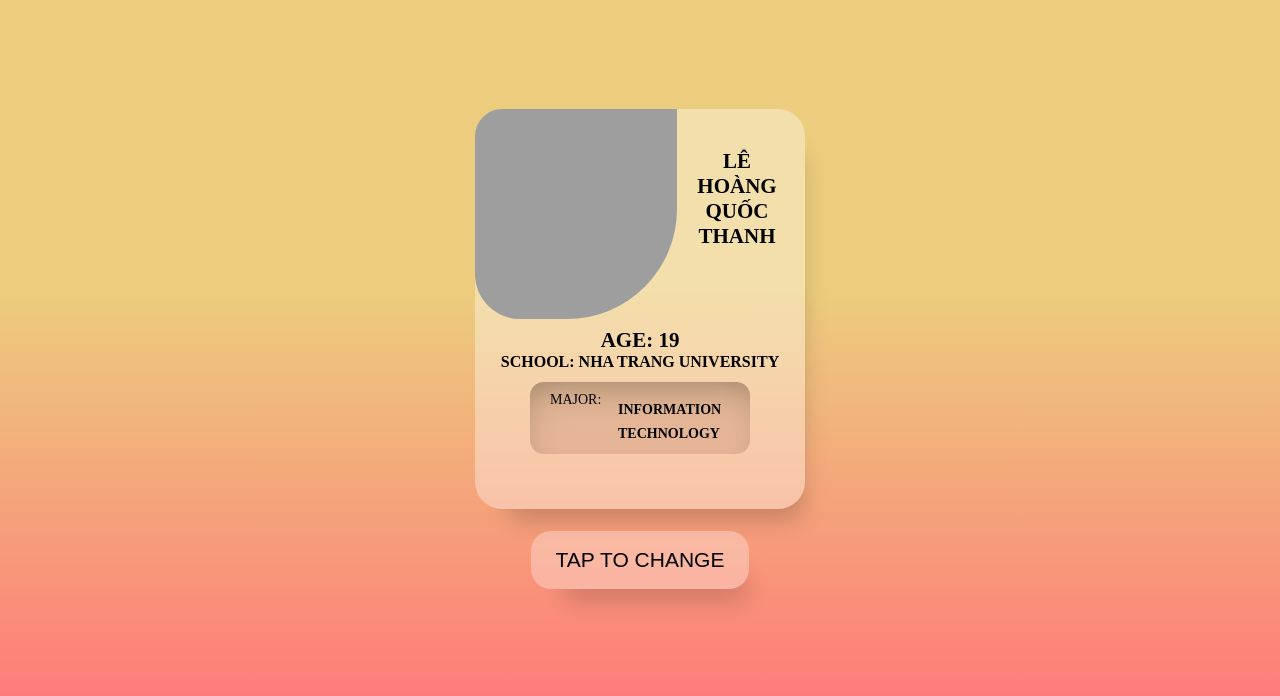
Repository: ThanhThn/profile
Page: index.html
These files come from the project's save history. The page is drawn as it stood at one moment and after the next save; the edit follows.
The browser window is 1280 px wide. The pictures show the whole page.
After loading, the first visible `#btn` was clicked once.
Pictures or frames that could not be fetched are drawn as grey boxes. Some web fonts or font styles are not loaded; a fallback is used.

Above is the page before, as saved 2022-12-05 21:27:59.
Console error: ReferenceError: NULL is not defined

### index.html
<!DOCTYPE html>
<html lang="en">
<head>
    <meta charset="UTF-8">
    <meta http-equiv="X-UA-Compatible" content="IE=edge">
    <meta name="viewport" content="width=device-width, initial-scale=1.0">
    <title>Document</title>
    <link rel="stylesheet" href="style.css">
</head>
<body>
    <div class="container">
        <div class="content">
            <img src="avata.jpg" alt="avatar">
            <span class="name">LÊ hoàng quốc thanh</span>
            <span class="age" ></span>
            <span id="school">school: nha trang university</span>
            <div class="major">
                <span id = "major">Major:</span>
                <span id = "major--name">information technology</span>
            </div>
        </div>
        <button id="btn">tap to change</button>
    </div>

    <script>
        var ages = new Date().getFullYear() - 2003;
        var text = document.getElementsByClassName("age");
        for(let i = 0; i < text.length; i++){
            text[i].innerHTML = `age: ${ages}`;
        }
    </script>

    <script>
        const btn = document.getElementById("btn");
        const main = document.getElementsByClassName("content");
        btn.addEventListener("click", () => {
            for(let i = 0; i < main.length; i++){
                if(main[i].style.animation != NULL)
                main[i].style.animation = "rotate  4s linear  infinite";
                else{
                    main[i].style.animation = "null";
                }
            }
        })
    </script>
</body>
</html>

### style.css
@import url('https://fonts.googleapis.com/css2?family=Kodchasan:wght@700&family=Lemonada:wght@300;600;700&family=Pacifico&display=swap');
*{
    padding: 0;
    margin: 0;
    box-sizing: border-box;
}

body{
    background:  linear-gradient( to bottom, rgba(223, 172,39,60%) 40%, rgba(255,22,22,58%) 100% );
    width: 100%;
    height: 100vh;
}
.container{
    position: absolute;
    top: 50%;
    left: 50%;
    transform: translate(-50%, -50%);
    display: flex;
    flex-direction: column;
    align-items: center;
}

.content{
    width: 330px;
    height: 400px;
    background: rgba(255, 255, 255, 35%);
    border-radius: 27px;
    box-shadow: rgba(0, 0, 0, .2) 15px 28px 25px -18px;
    /*animation: rotate  4s linear  infinite;*/
}

.content img{
    width: 202px;
    height: 210px;
    border-radius: 27px 0 110px 45px;
    object-fit: cover;
    object-position: -32px 0;
}
span{
    width: 104px;
    font-size: 21px;
    text-transform: uppercase;
    font-weight: 700;
    font-family: 'Lemonada', cursive;
}
.content .name{
    position: absolute;
    text-align: center;
    top: 40px;
    left: 210px;
}

.content .age{
    display: block;
    position: relative;
    width: 100%;
    top: 5px;
    text-align: center;
}
#school{
    font-size: 16px;
    font-weight: 600;
    display: block;
    width: 100%;
    text-align: center;
    position: relative;
    top:5px;
}

.major{
    width: 220px;
    height: 72px;
    background-color: rgba(126, 48, 40, .15);
    border-radius: 14px;
    box-shadow: 3px 20px 39px -19px rgba(0,0,0,0.35) inset;
    -webkit-box-shadow: 3px 20px 39px -19px rgba(0,0,0,0.35) inset;
    -moz-box-shadow: 3px 20px 39px -19px rgba(0,0,0,0.35) inset;
    margin: 16px auto 0 auto;
    padding: 8px 0 0 20px ;
    position: relative;
}

.major #major{
    font-weight: 300;
    font-size: 14px;
}

.major #major--name{
    display: block;
    position: absolute;
    top: 22%;
    left: 40%;
    font-weight: 600;
    font-size: 14px;
    line-height: 24px;
}
#btn{
    background: rgba(255, 255, 255, .3);
    width: 218px;
    height: 58px;
    border-radius: 20px;
    border: none;
    margin: 22px;
    font-family: 'Kodchasan', sans-serif;
    font-size: 21px;
    text-transform: uppercase;
    box-shadow: rgba(0, 0, 0, .2) 15px 28px 25px -18px;
    background-position: 0 90%;
    background-repeat: repeat no-repeat;

}

#btn:hover {
    box-shadow: rgba(0, 0, 0, .3) 2px 8px 8px -5px;
    transform: translate3d(0, 2px, 0);
}


#btn:focus {
  box-shadow: rgba(0, 0, 0, .3) 2px 8px 4px -6px;
}

@keyframes rotate {
    from{
        transform: rotateY(0);
    }to{
        transform: rotateY(360deg);
    }
}

After the next save:
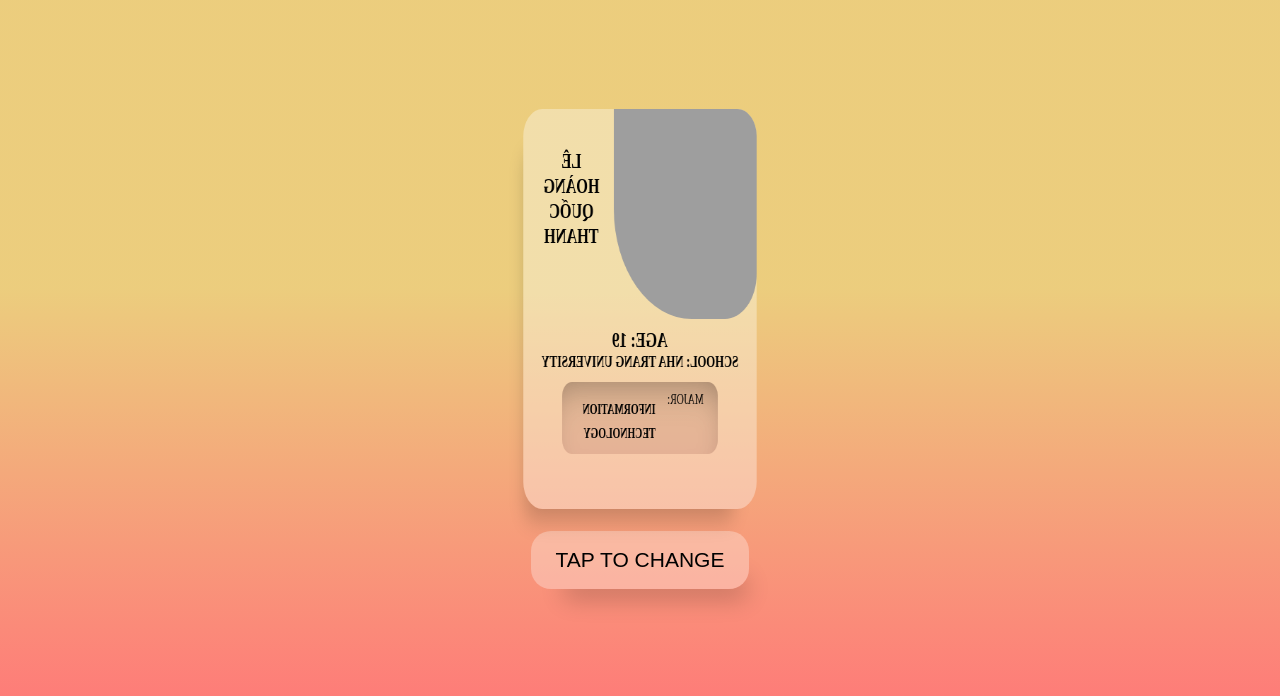
The error is gone.
Saved 19 s later.
--- a/index.html
+++ b/index.html
@@ -35,7 +35,7 @@
         const main = document.getElementsByClassName("content");
         btn.addEventListener("click", () => {
             for(let i = 0; i < main.length; i++){
-                if(main[i].style.animation != NULL)
+                if(main[i].style.animation != undefined)
                 main[i].style.animation = "rotate  4s linear  infinite";
                 else{
                     main[i].style.animation = "null";
